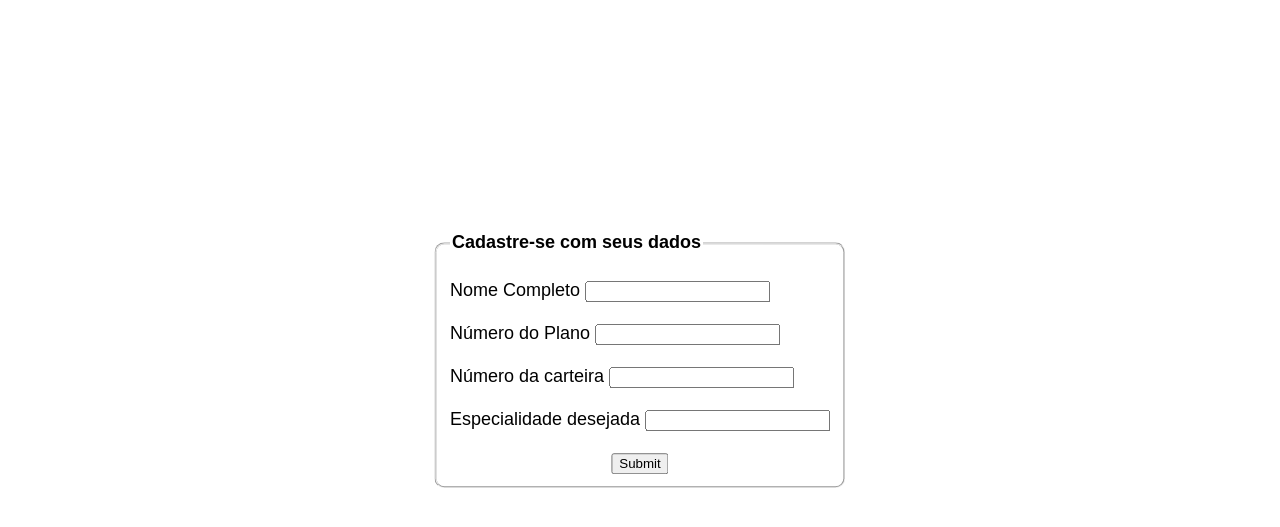
Repository: ohenriquesouza/HospitalCRUD-using-JavaEE
Page: JSP_test/src/main/webapp/cadastro.html
An editor plug-in stored every save of this project. The page is shown before and after the next save, followed by the edit.
The browser window is 1280 px wide. The pictures show the whole page.

Above is the page before, as saved 2022-12-26 19:39:29.

### JSP_test/src/main/webapp/cadastro.html
<!DOCTYPE html>
<html lang = "pt-br">
    <head>
        <meta charset="UTF-8">
        <meta http-equiv="X-UA-Compatible" content="IE=edge">
        <meta name="viewport" content="width=device-width, initial-scale=1.0">
        <title>Cadastro</title>
        <style>
            body{
                font-family: Arial, Helvetica, sans-serif;
                font-size: large;
            }
            .box{
                position: absolute;
                top: 50%;
                left: 50%;
                transform: translate(-50%, -50%);
                padding: 15px;
                border-radius: 10px;
            }
            fieldset{
                border-radius: 10px;
            }

        </style>
    </head>
    <body>
        <div class="box">
            <form action="">
                <fieldset>
                    <legend><b>Cadastre-se com seus dados</b></legend><br/>
                    <div class="input_box">
                        <label for="nome">Nome Completo</label>
                        <input type="text" name="nome" id="nome" class="input_name" required></input>
                    </div>
                    <br>
                    <div class="input_box">
                        <label for="NmPlano">Número do Plano</label>
                        <input type="number" name="NmPlano" id="NmPlano" class="input_nmPlano" required></input>
                    </div>
                    <br>
	                <div class="input_box">
                        <label for="NmCarteira">Número da carteira</label>
                        <input type="number" name="NmCarteira" id="NmCarteira" class="input_nmCarteira" required></input>
                    </div>
                    <br>
                    <div class="input_box">
                        <label for="Espec">Especialidade desejada</label>
                        <input type="text" name="Espec" id="Espec" class="input_Espec" required></input>
                    </div>
                    <br>
                    <center>
                        <input type="submit"></input>
                    </center>
                </fieldset>
            </form>
        </div>
    </body>
</html>

After the next save:
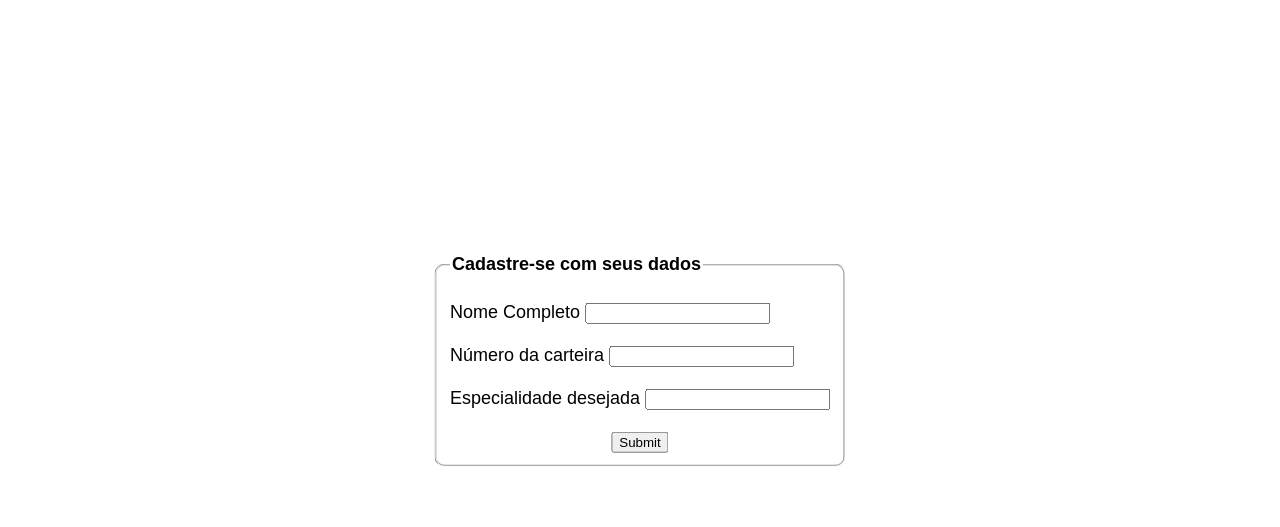
Saved 2 min 46 s later.
--- a/JSP_test/src/main/webapp/cadastro.html
+++ b/JSP_test/src/main/webapp/cadastro.html
@@ -34,11 +34,6 @@
                         <input type="text" name="nome" id="nome" class="input_name" required></input>
                     </div>
                     <br>
-                    <div class="input_box">
-                        <label for="NmPlano">Número do Plano</label>
-                        <input type="number" name="NmPlano" id="NmPlano" class="input_nmPlano" required></input>
-                    </div>
-                    <br>
 	                <div class="input_box">
                         <label for="NmCarteira">Número da carteira</label>
                         <input type="number" name="NmCarteira" id="NmCarteira" class="input_nmCarteira" required></input>
